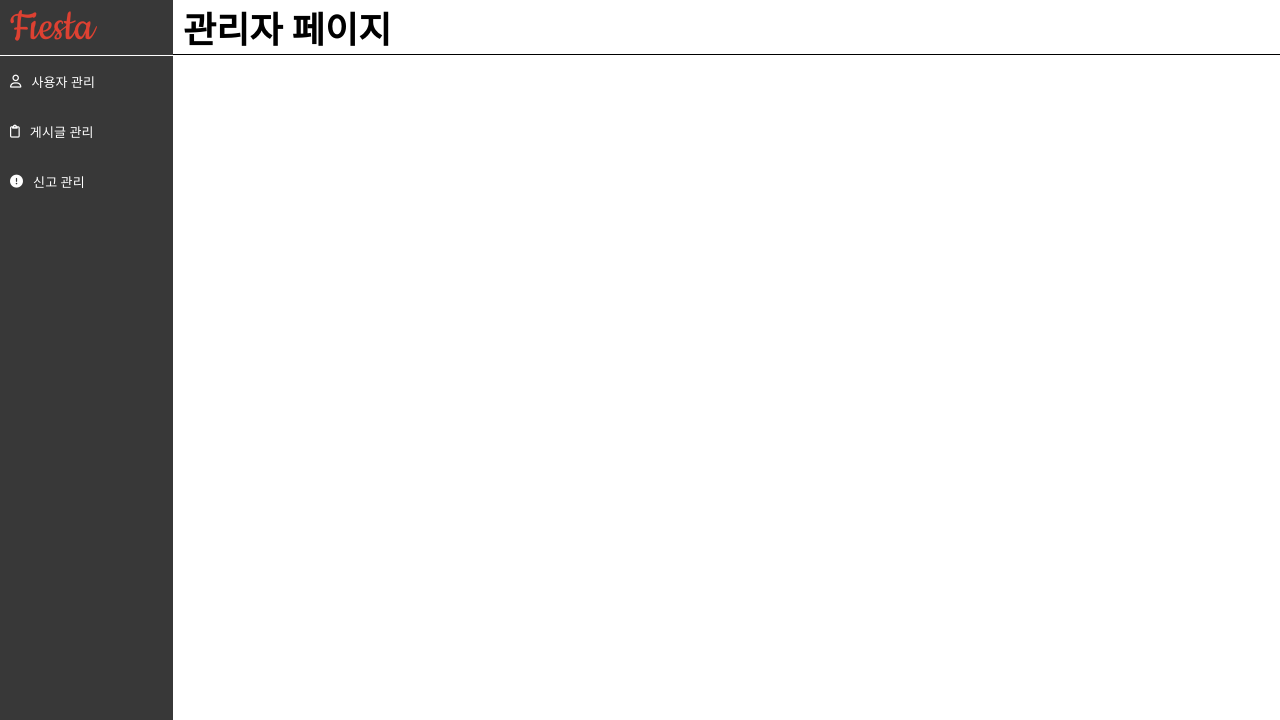
Repository: SNSFiestaTeam/Fiesta
Page: Fiesta/src/main/webapp/html/management/management-report.html
An editor plug-in stored every save of this project. The page is shown before and after the next save, followed by the edit.
The browser window is 1280 px wide. The pictures show the whole page.
Some web fonts or font styles are not loaded; a fallback is used. Some web libraries are served in a nearby version.

Above is the page before, as saved 2022-12-06 12:05:42.

### Fiesta/src/main/webapp/html/management/management-report.html
<!DOCTYPE html>
<html lang="en">
<head>
  <meta charset="UTF-8">
  <meta http-equiv="X-UA-Compatible" content="IE=edge">
  <meta name="viewport" content="width=device-width, initial-scale=1.0">
  <link rel="stylesheet" href="../../resources/css/common-style.css">
  <link rel="stylesheet" href="../../resources/css/management/management.css">
  <script
      src="https://kit.fontawesome.com/591746f9e8.js"
      crossorigin="anonymous"
    ></script>
  <title>관리자페이지</title>
</head>
<body>
  <sidebar class="sidebar">
    <span class="title">Fiesta</span>
    <a href="#" class="bar-item button"><i class="fa-regular fa-user"></i> 사용자 관리</a>
    <a href="#" class="bar-item button"><i class="fa-regular fa-clipboard"></i>게시글 관리</a>
    <a href="#" class="bar-item button"><i class="fa-solid fa-circle-exclamation"></i>신고 관리</a>
  </sidebar>

  <main class ="management-container">

    <div class="management-title">
      <h1>관리자 페이지</h1>
    </div>

    <div class="management-content">

    </div>

  </main>


  <script src="/resources/js/management/management.js"></script>
</body>
</html>

### Fiesta/src/main/webapp/resources/css/common-style.css
@import url('https://fonts.googleapis.com/css2?family=Noto+Sans+KR:wght@100;300;400;500;700;900&display=swap');
@import url('https://fonts.googleapis.com/css2?family=Chewy&display=swap');
@import url('https://fonts.googleapis.com/css2?family=Leckerli+One&display=swap');
@import url('https://fonts.googleapis.com/css2?family=Cookie&display=swap');
@import './root-style.css';
@import url('https://fonts.googleapis.com/css2?family=Nanum+Gothic:wght@400;700;800&display=swap');
@import url('https://fonts.googleapis.com/css2?family=IBM+Plex+Sans+KR:wght@100;200;300;400;500&display=swap');

@font-face {
  font-family: 'NanumSquareNeo-Variable';
  src: url('https://cdn.jsdelivr.net/gh/projectnoonnu/noonfonts_11-01@1.0/NanumSquareNeo-Variable.woff2') format('woff2');
  font-weight: normal;
  font-style: normal;
}

@font-face {
  font-family: 'NanumBarunGothic';
  font-style: normal;
  font-weight: 400;
  src: url('//cdn.jsdelivr.net/font-nanumlight/1.0/NanumBarunGothicWeb.eot');
  src: url('//cdn.jsdelivr.net/font-nanumlight/1.0/NanumBarunGothicWeb.eot?#iefix') format('embedded-opentype'), url('//cdn.jsdelivr.net/font-nanumlight/1.0/NanumBarunGothicWeb.woff') format('woff'), url('//cdn.jsdelivr.net/font-nanumlight/1.0/NanumBarunGothicWeb.ttf') format('truetype');
 }

 @font-face {
  font-family: 'S-CoreDream-3Light';
  src: url('https://cdn.jsdelivr.net/gh/projectnoonnu/noonfonts_six@1.2/S-CoreDream-3Light.woff') format('woff');
  font-weight: normal;
  font-style: normal;
}

@font-face {
  font-family: 'SUIT-Regular';
  src: url('https://cdn.jsdelivr.net/gh/projectnoonnu/noonfonts_suit@1.0/SUIT-Regular.woff2') format('woff2');
  font-weight: normal;
  font-style: normal;
}
/* 전체 적용 스타일 */
* {
  margin: 0;
  padding: 0;
  box-sizing: border-box;
  list-style: none;
  /* font-family: 'Noto Sans KR', sans-serif; */
  /* font-family: 'Nanum Gothic', sans-serif; */
  /* font-family: 'IBM Plex Sans KR', sans-serif; */
  font-family: 'NanumSquareNeo-Variable';
  /* font-family: 'NanumBarunGothic'; */
  /* font-family: 'SUIT-Regular'; */
  letter-spacing: 0.1px;
}

a {
  text-decoration: none;
  color: black;
}

body {
  width: vw;
  font-size: 18px;
}

button {
  border: none;
  background-color: white;
}

footer {
  width: 100%;
  height: 134px;
  color: gray;
  font-size: var(--small-font-size);
  padding-bottom: 40px;

  display: flex;
  flex-direction: column;
  justify-content: space-around;
  align-items: center;
}

footer a {
  color: gray;
}

header {
  width: 100%;
  height: 60px;
  border-bottom: 1px solid #ccc;

  position: sticky;
  top: 0;
  background-color: white;

  display: flex;
  justify-content: center;
  z-index: 2;
}

header > section {
  width: 1000px;
  padding: 0 20px;

  display: flex;
  justify-content: space-between;
  align-items: center;
}

.logo-section a {
  font-family: 'Cookie', cursive;
  /* font-family: 'Chewy', cursive; */
  color: #dd4132;
  font-size: 50px;
  width: 120px;
  height: auto;
}

#logo {
  width: 120px;
  height: auto;
}

.search-section {
  width: 50%;

  display: flex;
  justify-content: center;
}

.search-section fieldset {
  height: 36px;
  width: 90%;
  background-color: --main-font-color;
  border: none;
  border-radius: 5px;

  display: flex;
  justify-content: center;
  align-items: center;
}

.search-section fieldset input {
  width: 200px;
}

#searchX {
  display: flex;
  justify-content: center;
  align-items: center;

  border-radius: 50%;

  display: none;
}

#searchX > i {
  background-color: #ccc;
  display: block;
  width: 15px;
  height: 15px;
  border-radius: 50%;
  font-size: 10px;

  display: flex;
  justify-content: center;
  align-items: center;
  color: white;
}

.search-section fieldset:focus-within > #search-glass {
  display: none;
}

.search-section fieldset:focus-within > #searchX {
  display: inline;
}

.search-section fieldset > input {
  height: 25px;
  border: none;
  outline: none;
  font-size: var(--madium-font-size);

  flex-basis: 80%;
}

.search-section fieldset > button {
  height: 25px;
  margin-right: 10px;
  font-size: 16px;
  color: var(--main-font-color);

  flex-basis: 10%;
}

nav {
  min-width: 300px;
}

nav > ul {
  font-size: var(--large-icon-size);

  display: flex;
  justify-content: space-between;
}

nav li {
  margin-left: 10px;
  flex-shrink: 0;

  text-align: center;
}

nav li > button {
  width: 100%;
  height: 100%;
  font-size: var(--large-icon-size);
}

nav li > button:active {
  color: var(--main-font-color);
}

nav li > a:active {
  color: var(--main-font-color);
}

nav i {
  flex-shrink: 0;
}

#searchBtn {
  display: none;
}

.toggle-search-section {
  display: none;
}

@media screen and (min-width: 1024px) {
  /* Desktop */
}

@media screen and (min-width: 471px) and (max-width: 1023px) {
  /* Tablet */
}

@media screen and (max-width: 780px) {
  .search-section > form {
    display: none;
  }

  #searchBtn {
    display: inline;
  }

  .toggle-search-section {
    width: 100vw;
    height: 80px;

    position: sticky;
    top: 60px;

    display: flex;
    justify-content: center;
    align-items: center;
    z-index: 40;
    display: none;
  }

  .toggle-search-section fieldset {
    height: 38px;
    width: 100%;
    background-color: #ffffff90;
    border: 1px solid #8e8e8e;
    border-radius: 5px;
    padding-left: 10px;

    display: flex;
    justify-content: center;
    align-items: center;
  }

  .toggle-search-section fieldset > input {
    height: 100%;
    width: 100%;
    border: none;
    outline: none;
    font-size: var(--madium-font-size);
    background-color: #ffffff00;

    flex-basis: 80%;
  }

  .toggle-search-section fieldset > button {
    height: 30px;
    margin-right: 10px;
    font-size: 16px;
    color: var(--fiesta-color);
    background-color: #ffffff00;

    flex-basis: 10%;
  }
}

@media screen and (max-width: 470px) {
  /* mobile */

  html {
    width: 100%;
  }

  body {
    width: vw;
  }

  footer {
    display: none;
  }

  #header-section {
    width: vw;
  }

  #newPost {
    width: 60px;
    height: 60px;
    border: 2px solid #8e8e8e;
    border-radius: 50%;
    background-color: white;
    display: flex;
    justify-content: center;
    align-items: center;

    font-size: 30px;

    position: fixed;
    bottom: 20px;
    right: 10px;
  }
}

#header-menu-toggle{
  display: none;
}

label[for='header-menu-toggle'] {
  cursor: pointer;
}

/* 체크박스 다음 div */
#toggle-menu{
  display: none;
}

/* 체크박스가 체크된 경우 다음 div */
#header-menu-toggle:checked + div{
  display: block;
}

.header-menu-parent{
  position: relative;
}

#toggle-menu{
  position: absolute;
  top: 30px;
  right: -10px;
  z-index: 500;
  width: 150px;
  height: 100px;
  background-color: white;
  box-shadow: 0px 0px 1px gray;
  border-radius: 6px;
}


#toggle-menu > a{
  display: flex;
  height: 50%;
  justify-content: center;
  align-items: center;
  font-size: 14px;
  font-weight: bold;
}

#toggle-menu > a:first-child{
  border-bottom: 1px solid #ccc;
}

### Fiesta/src/main/webapp/resources/css/management/management.css
@import '../root-style.css';

@font-face {
  font-family: 'NanumSquareNeo-Variable';
  src: url('https://cdn.jsdelivr.net/gh/projectnoonnu/noonfonts_11-01@1.0/NanumSquareNeo-Variable.woff2') format('woff2');
  font-weight: normal;
  font-style: normal;
}

* {
  font-family: 'NanumSquareNeo-Variable';
}

body {
  display: flex;
}

/* 사이드 바 */
.sidebar{
  flex-grow: 0;
  width: 200px;
  height: 100vh;
  background-color: rgb(56, 56, 56);
  color: white;

  display: flex;
  flex-direction: column;


  font-size: 13px;
}


.title {
  font-size: 50px;
  color: var(--fiesta-color);
  font-family: 'Cookie', cursive;
  border-bottom: 1px solid white;
  padding-left: 10px;
}

.button {
  color: white;
  width: 100%;
  height: 50px;

  display: flex;
  align-items: center;

  padding-left: 10px;
}

.button > *{
  margin-right: 10px;
}


.button:hover {
  background-color: white;
  color: black;
}

.management-container {
  width: 100%;
}

/* 관리자 페이지 타이틀 */
.management-title{
  display: flex;
  align-items: center;
  height: 55px;
  font-size: 1-px;
  border-bottom: 1px solid black;
  padding-left: 10px

}

/* 관리자 페이지 내용 */
.management-content {

}

### Fiesta/src/main/webapp/resources/js/management/management.js


function w3_open() {
  document.getElementById("mySidebar").style.display = "block";
}

function w3_close() {
  document.getElementById("mySidebar").style.display = "none";
}

### Fiesta/src/main/webapp/resources/css/root-style.css
/* 루트 함수
공동으로 사용할 스타일을 미리 지정해놓고 사용 가능
스타일 지정시 지정할 스타일: 루트 함수명 으로 사용 가능
--만 타이핑 하면 자동완성 리스트가 뜨고
선택하면 var()함수까지 자동완성됨 */
:root {
  --background-color: white;
  --main-font-color: #8e8e8e;
  --icon-button-color: #262626;
  --point-font-color: #0095f6;
  --mention-font-color: #00376b;
  --fiesta-color: #dd4132;
  --small-font-size: 12px;
  --main-font-size: 13px;
  --medium-font-size: 16px;
  --large-icon-size: 24px;
}

After the next save:
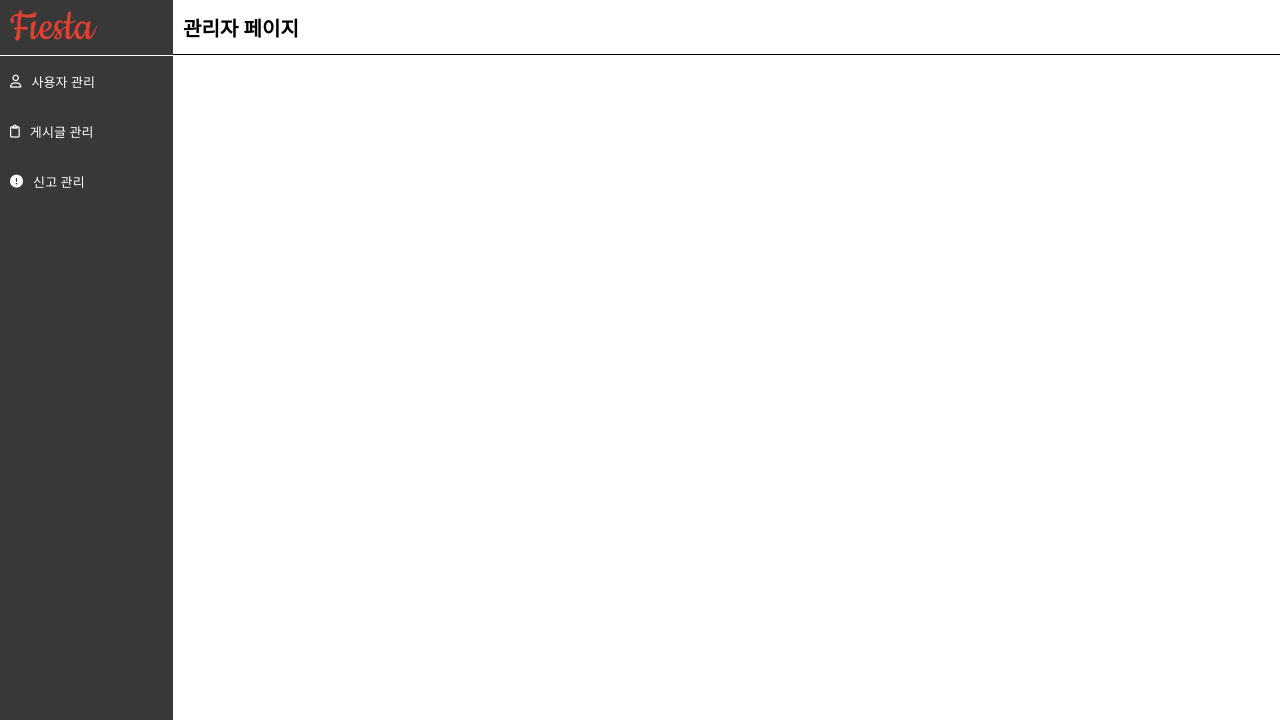
Saved 7 s later.
--- a/Fiesta/src/main/webapp/resources/css/management/management.css
+++ b/Fiesta/src/main/webapp/resources/css/management/management.css
@@ -69,7 +69,7 @@ body {
   display: flex;
   align-items: center;
   height: 55px;
-  font-size: 1-px;
+  font-size: 10px;
   border-bottom: 1px solid black;
   padding-left: 10px
 
